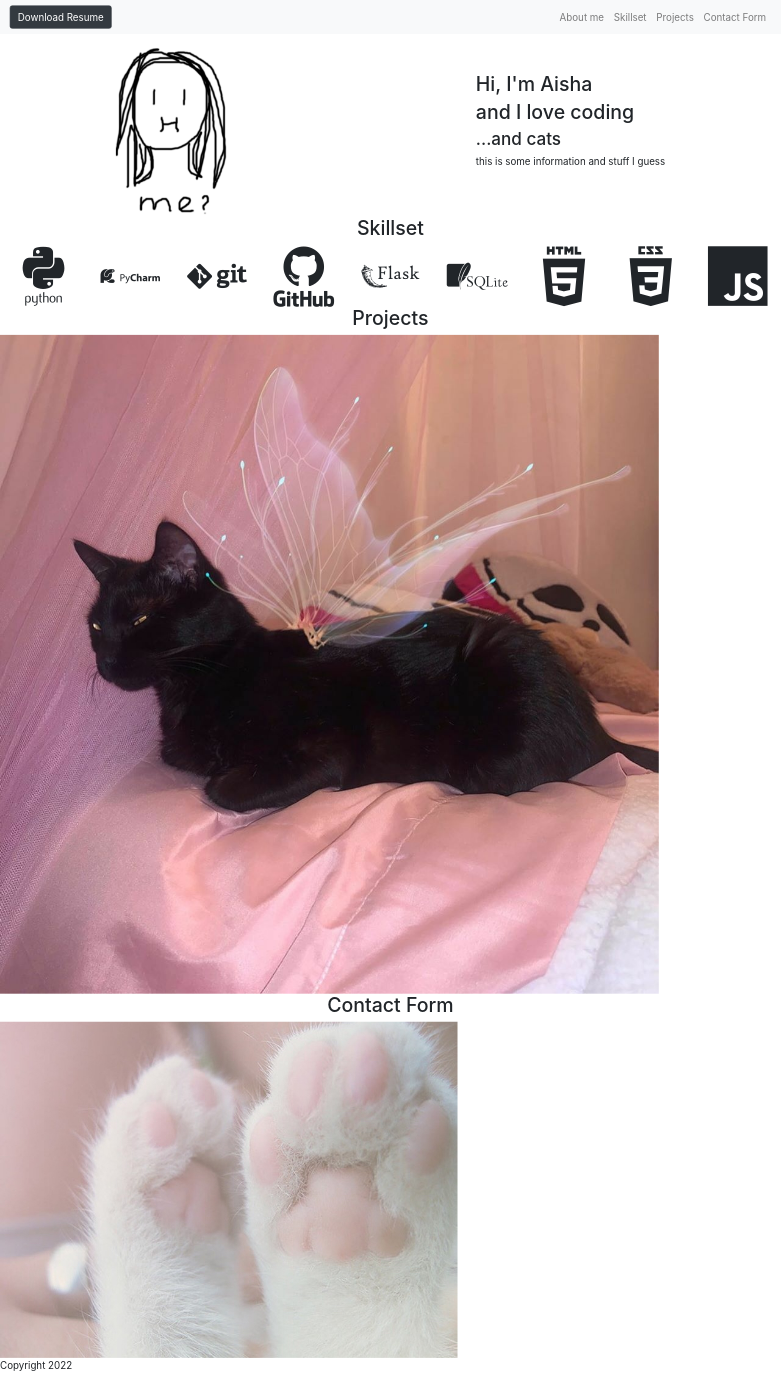
Repository: aishakapan/portfolio
Page: index.html
These files come from the project's save history. The page is drawn as it stood at one moment and after the next save; the edit follows.
The browser window is 1280 px wide. The pictures show the whole page, at 61% of full size.
Some web libraries are served in a nearby version.

Above is the page before, as saved 2022-08-19 14:34:58.

After the next save:
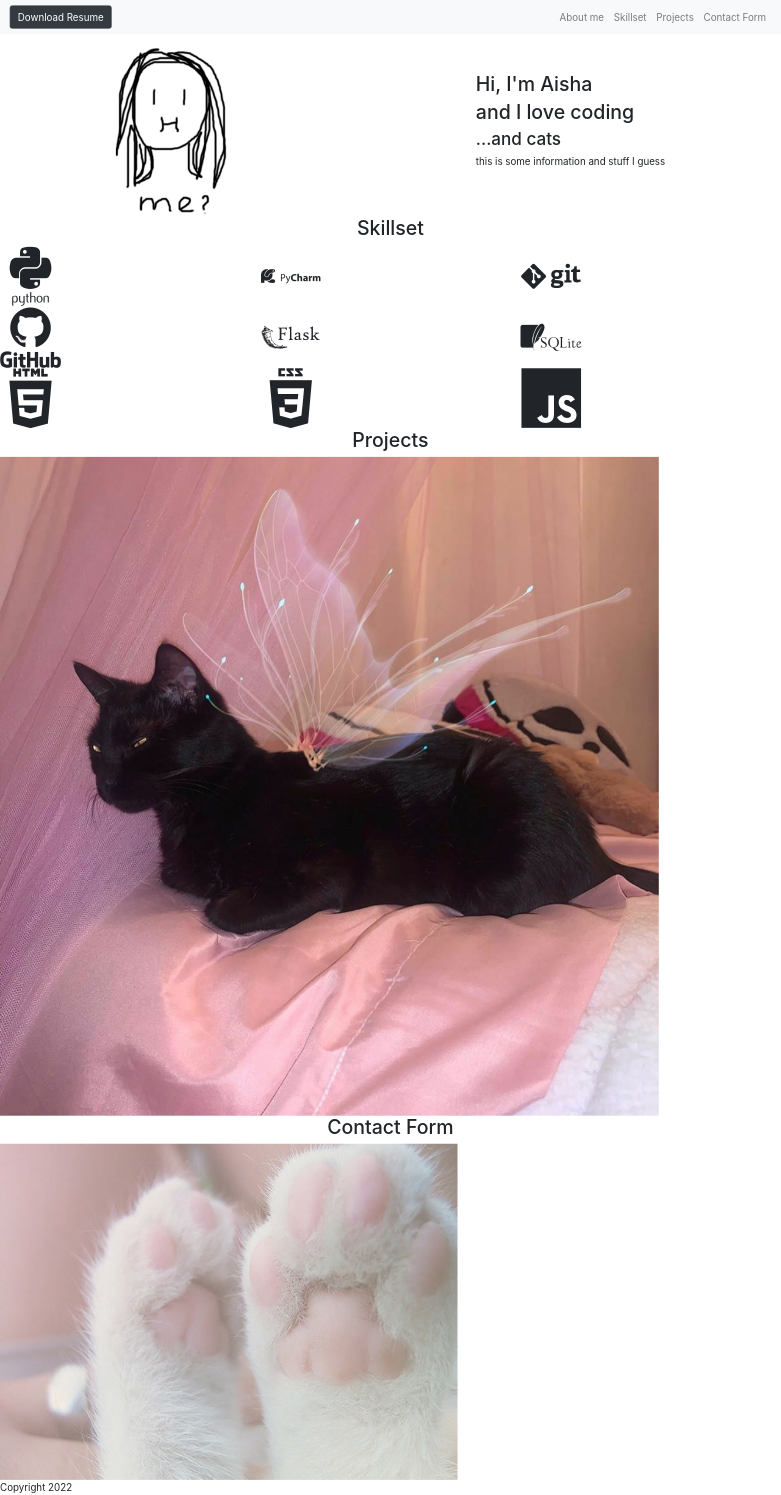
Saved 4 min 25 s later.
--- a/styles/index.css
+++ b/styles/index.css
@@ -35,7 +35,10 @@
     flex-wrap: wrap;
     justify-content: space-around;
     align-items: center;
+}
 
+div>i {
+    flex: 0 0 33.333%;
 }
 
 .pfp {
